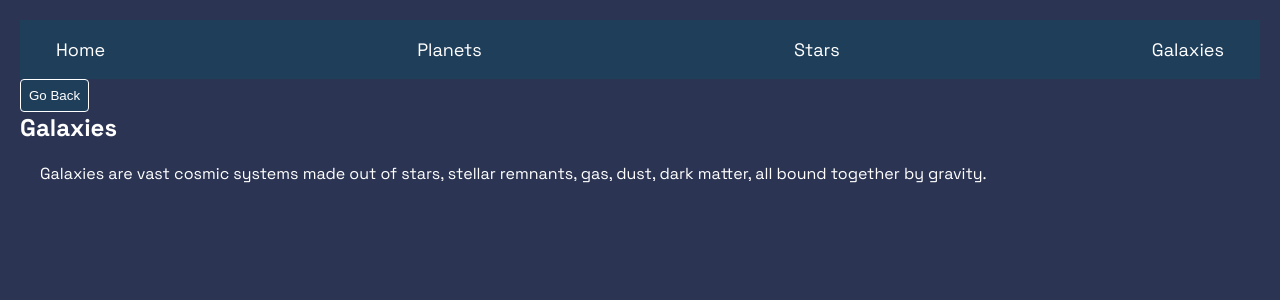
Repository: rmdayberry/Cosmic-Encyclopedia
Page: /galaxies
These files come from the project's save history. The page is drawn as it stood at one moment and after the next save; the edit follows.
The browser window is 1280 px wide. The pictures show the whole page.
The project was rebuilt for these pictures with package versions that can differ from the ones it lists, and the page was loaded fresh each time. Also part of the build but not shown: vite.config.js, src/pages/Homepage.js.

Above is the page before, as saved 2024-08-31 16:01:43.

After the next save:
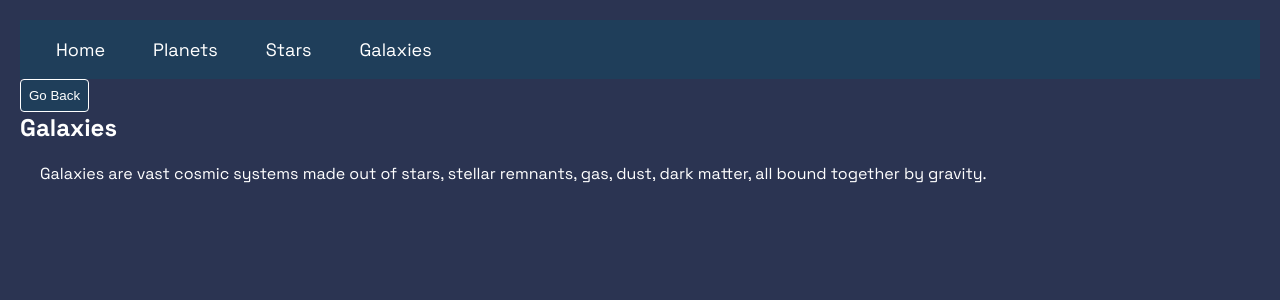
Saved 29 s later.
--- a/src/index.css
+++ b/src/index.css
@@ -32,7 +32,7 @@
 .nav-bar {
   display: flex;
   gap: 16px;
-  justify-content: space-between;
+  justify-content:
   align-items: center;
   padding: 10px 20px;
   background-color: var(--primary);

After the 2 saves that followed:
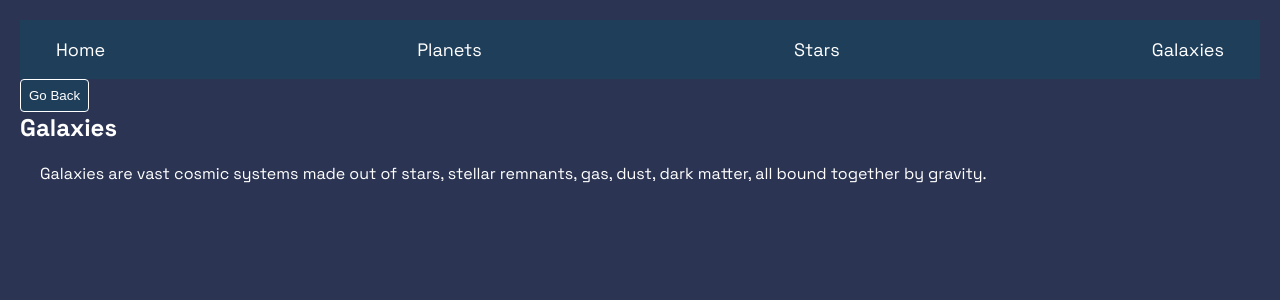
The 2 saves are shown as one change because 1 left the picture as it was.
The last was saved 27 s later.
--- a/src/index.css
+++ b/src/index.css
@@ -31,8 +31,8 @@
 
 .nav-bar {
   display: flex;
+  justify-content: space-between;
   gap: 16px;
-  justify-content:
   align-items: center;
   padding: 10px 20px;
   background-color: var(--primary);
